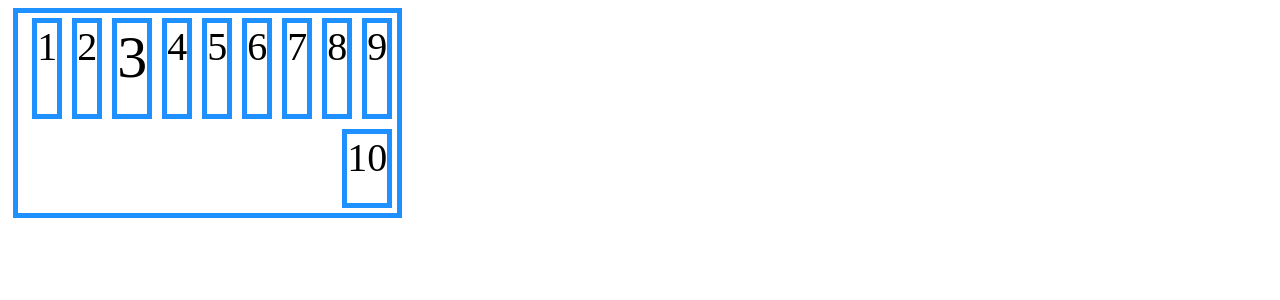
Repository: eversonps/flexbox-grid-css
Page: flexbox/flexbox1.html
These files come from the project's save history. The page is drawn as it stood at one moment and after the next save; the edit follows.
The browser window is 1280 px wide. The pictures show the whole page.

Above is the page before, as saved 2022-03-23 15:24:23.

### flexbox/flexbox1.html
<!DOCTYPE html>
<html>

<head>
    <meta charset="UTF-8">
    <title>Flexbox #01</title>
    <link rel="stylesheet" href="css/tag.css">
    <style>
        div {
            border: solid 5px dodgerblue;
            font-size: 40px;
            margin: 5px;
        }

        .big {
            font-size: 1.5em;
        }

        .flex-container {
            display: flex;
            flex-direction: column;
            flex-direction: column-reverse;
            flex-direction: row-reverse;
            flex-direction: row;
            width: 30%;
            flex-wrap: wrap;
            flex-wrap: wrap-reverse;
            flex-flow: row wrap;
            height: 200px;
            flex-flow: column-reverse wrap;
            flex-flow: row wrap;

            justify-content: flex-start;
            justify-content: flex-end;
        }

    </style>
</head>

<body>
    <div class="flex-container">
        <div>1</div>
        <div>2</div>
        <div class="big">3</div>
        <div>4</div>
        <div>5</div>
        <div>6</div>
        <div>7</div>
        <div>8</div>
        <div>9</div>
        <div>10</div>
    </div>
</body>

</html>

Loaded but not shown: flexbox/css/tag.css (common file)

After the next save:
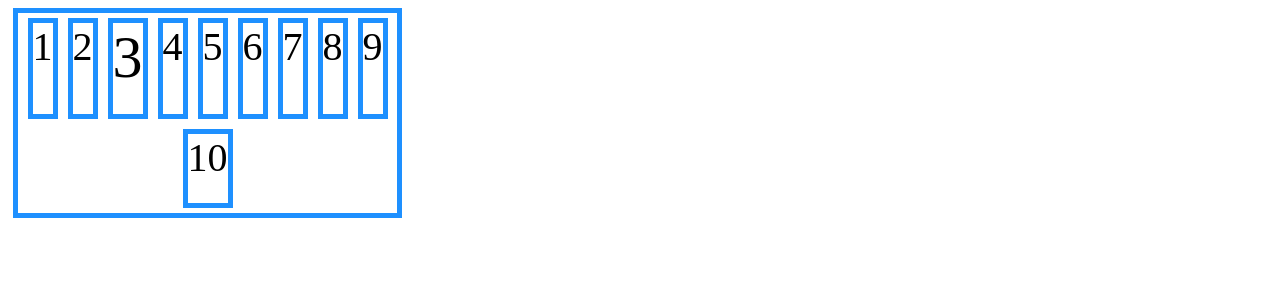
Saved 8 s later.
--- a/flexbox/flexbox1.html
+++ b/flexbox/flexbox1.html
@@ -31,7 +31,7 @@
             flex-flow: row wrap;
 
             justify-content: flex-start;
-            justify-content: flex-end;
+            justify-content: center;
         }
 
     </style>
